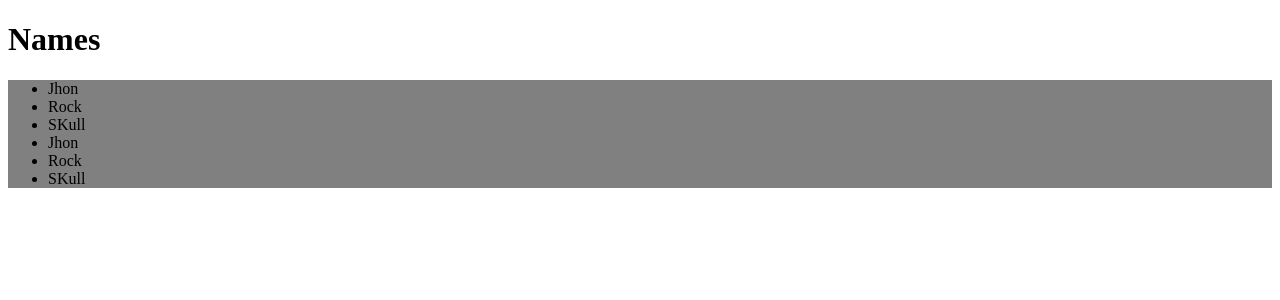
Repository: NithishKoriyar/phpprojectgh
Page: http://localhost/names.php
These files come from the project's save history. The page is drawn as it stood at one moment and after the next save; the edit follows.
The browser window is 1280 px wide. The pictures show the whole page.
The page is run by PHP 8.4 with error messages shown; the project is at /var/www/html/.

Above is the page before, as saved 2022-12-14 13:02:29.

### names.php
<?php
$names = ['Jhon', 'Rock', 'SKull', 'Jhon', 'Rock', 'SKull'];
?>
<!DOCTYPE html>
<html lang="en">

<head>
    <meta charset="UTF-8">
    <meta http-equiv="X-UA-Compatible" content="IE=edge">
    <meta name="viewport" content="width=device-width, initial-scale=1.0">
    <title>Document</title>
    <style>
        .more-names {
            background-color: grey;
        }

        .some-names {
            background-color: yellow;
        }
    </style>
</head>

<body class="">

    <?php
    if (count($names) >= 3) {
        $class = "more-names";
        //echo $class;
    } else {
        $class = "some-names";
        //echo $class;
    }
    ?>

    <h1>Names</h1>

    <ul class="<?php echo $class;/*count($names) > 3 ? 'more-names' : 'some-names'*/ ?>">
        <?php foreach ($names as $name) { ?>

            <li><?= $name ?></li>
        <?php } ?>
    </ul>


</body>

</html>

After the next save:
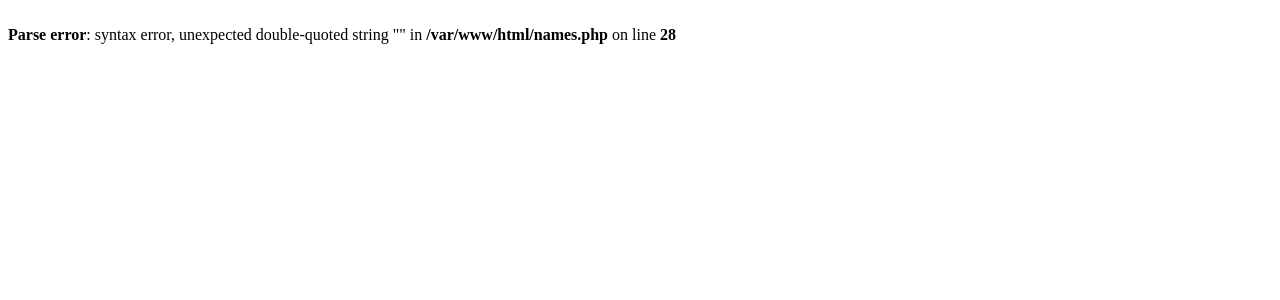
Saved 16 s later.
--- a/names.php
+++ b/names.php
@@ -1,5 +1,6 @@
 <?php
-$names = ['Jhon', 'Rock', 'SKull', 'Jhon', 'Rock', 'SKull'];
+$names = ['Jack', 'Rock','Smith', 'ads'];
+
 ?>
 <!DOCTYPE html>
 <html lang="en">
@@ -10,38 +11,25 @@ $names = ['Jhon', 'Rock', 'SKull', 'Jhon', 'Rock', 'SKull'];
     <meta name="viewport" content="width=device-width, initial-scale=1.0">
     <title>Document</title>
     <style>
-        .more-names {
-            background-color: grey;
+        .some-names{
+            background-color: red;
         }
-
-        .some-names {
-            background-color: yellow;
+        .more-names{
+            background-color: green;
         }
     </style>
 </head>
 
-<body class="">
-
-    <?php
-    if (count($names) >= 3) {
-        $class = "more-names";
-        //echo $class;
-    } else {
-        $class = "some-names";
-        //echo $class;
-    }
+<body>
+    <h1>Names</h1>
+    <ul class="<?php
+    count($names) > 3 ? 'some-names':more-names"
     ?>
-
-    <h1>Names</h1>
-
-    <ul class="<?php echo $class;/*count($names) > 3 ? 'more-names' : 'some-names'*/ ?>">
+    ">
         <?php foreach ($names as $name) { ?>
-
             <li><?= $name ?></li>
-        <?php } ?>
+        <?php }?>
     </ul>
-
-
 </body>
 
 </html>
